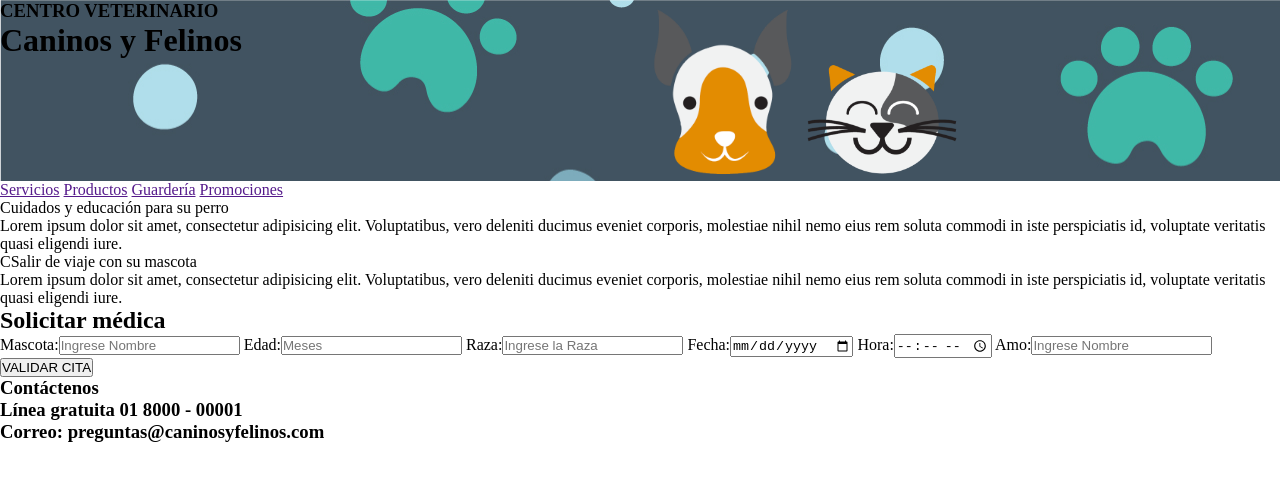
Repository: mariomr87/senaweb01
Page: principal.html
The author's editor kept a copy of each file at every save. The page is drawn from the files as they stood at one save, then again after the next save.
The browser window is 1280 px wide. The pictures show the whole page.

Above is the page before, as saved 2021-09-26 20:15:04.

After the next save:
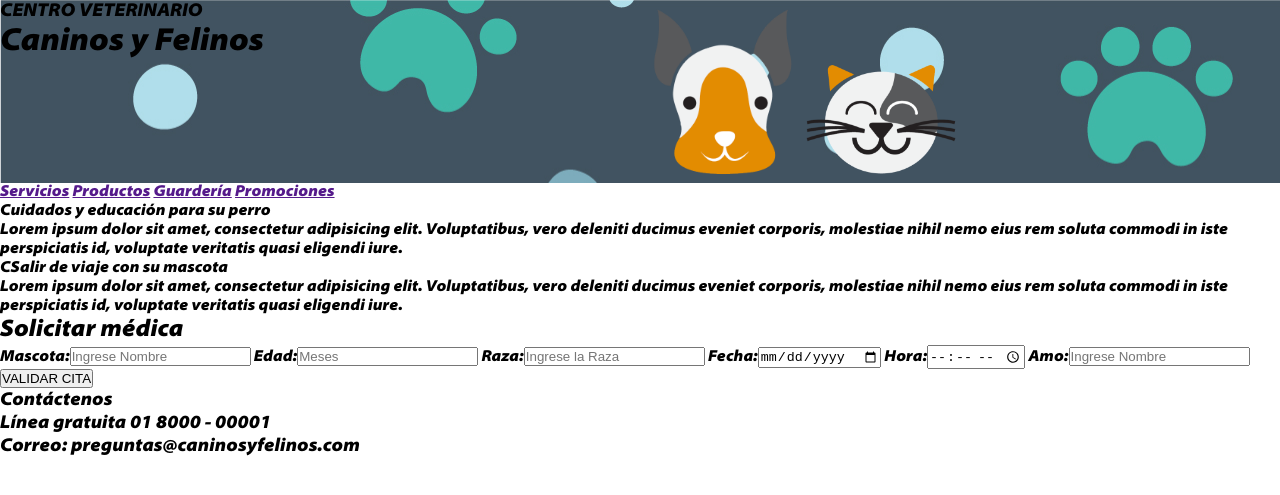
Saved 3 min 46 s later.
--- a/estilos.css
+++ b/estilos.css
@@ -7,6 +7,11 @@
     font-family: Myriad_Pro ;
     src: url(./extra/MyriadProBlackSemiExtendedItalic.otf);
 }
+
+body{
+    font-family: Myriad_pro;
+}
+
 
 header div img{
     width: 25%;

After the save that followed:
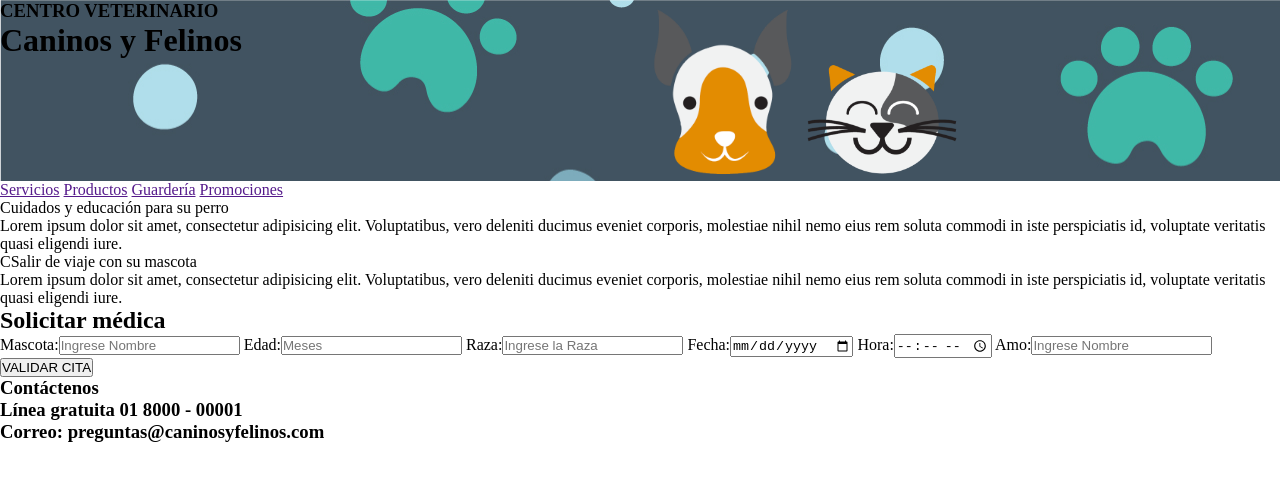
Saved 51 s later.
--- a/estilos.css
+++ b/estilos.css
@@ -7,11 +7,6 @@
     font-family: Myriad_Pro ;
     src: url(./extra/MyriadProBlackSemiExtendedItalic.otf);
 }
-
-body{
-    font-family: Myriad_pro;
-}
-
 
 header div img{
     width: 25%;
